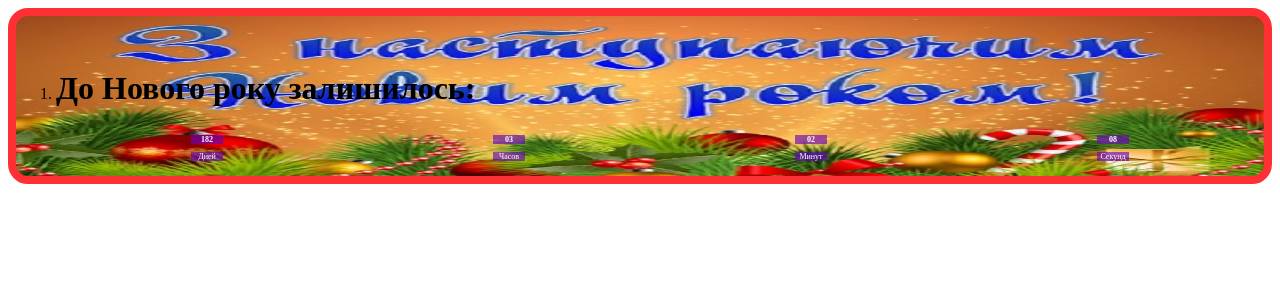
Repository: KonstantinKhamilov/JavaScript11-new-year
Page: index.html
The author's editor kept a copy of each file at every save. The page is drawn from the files as they stood at one save, then again after the next save.
The browser window is 1280 px wide. The pictures show the whole page.

Above is the page before, as saved 2024-12-29 18:40:26.

After the next save:
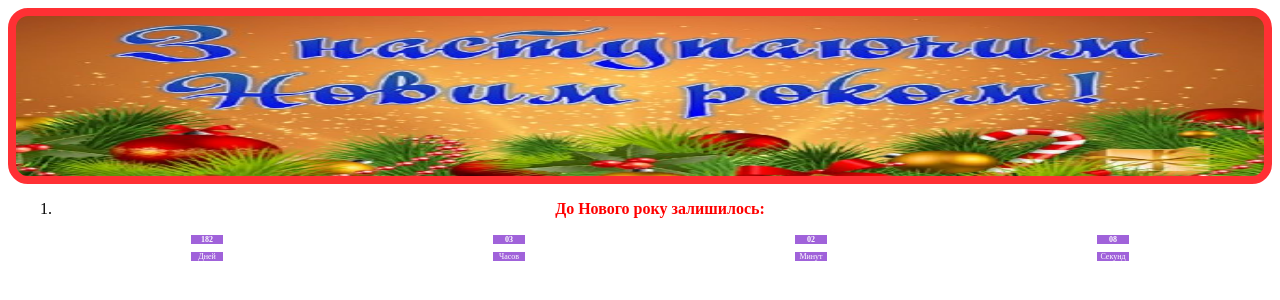
Saved 44 s later.
--- a/newYear.css
+++ b/newYear.css
@@ -14,7 +14,7 @@
     border-color: rgb(255, 48, 52);
   }
 
-  .box > h1 {
+  h1 {
     color: rgb(255, 0, 0);
     font-family: cursive;
     font-size: 1em;
